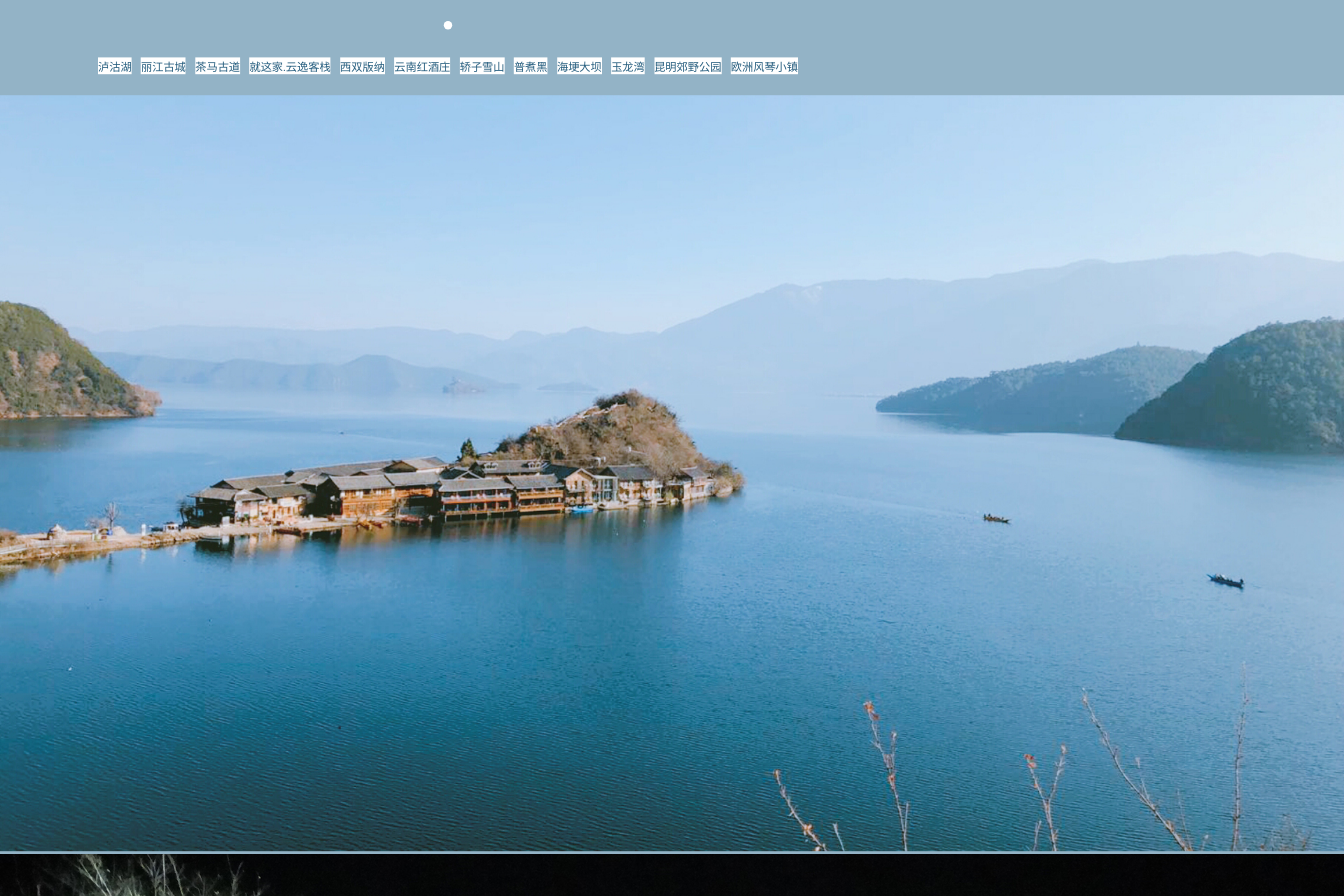
Repository: zhenzhen-gong/-jQuerydemo
Page: index.html
The author's editor kept a copy of each file at every save. The page is drawn from the files as they stood at one save, then again after the next save.
The browser window is 1280 px wide. The page is 1920 px wide, so the pictures cover 1920 px, including what lies to the right of the window. The pictures show the part of the page from y = 0 to 1280 px (the page is 13144 px tall before and 13148 px after), at 70% of full size.

Above is the page before, as saved 2020-06-05 11:25:48.

After the next save:
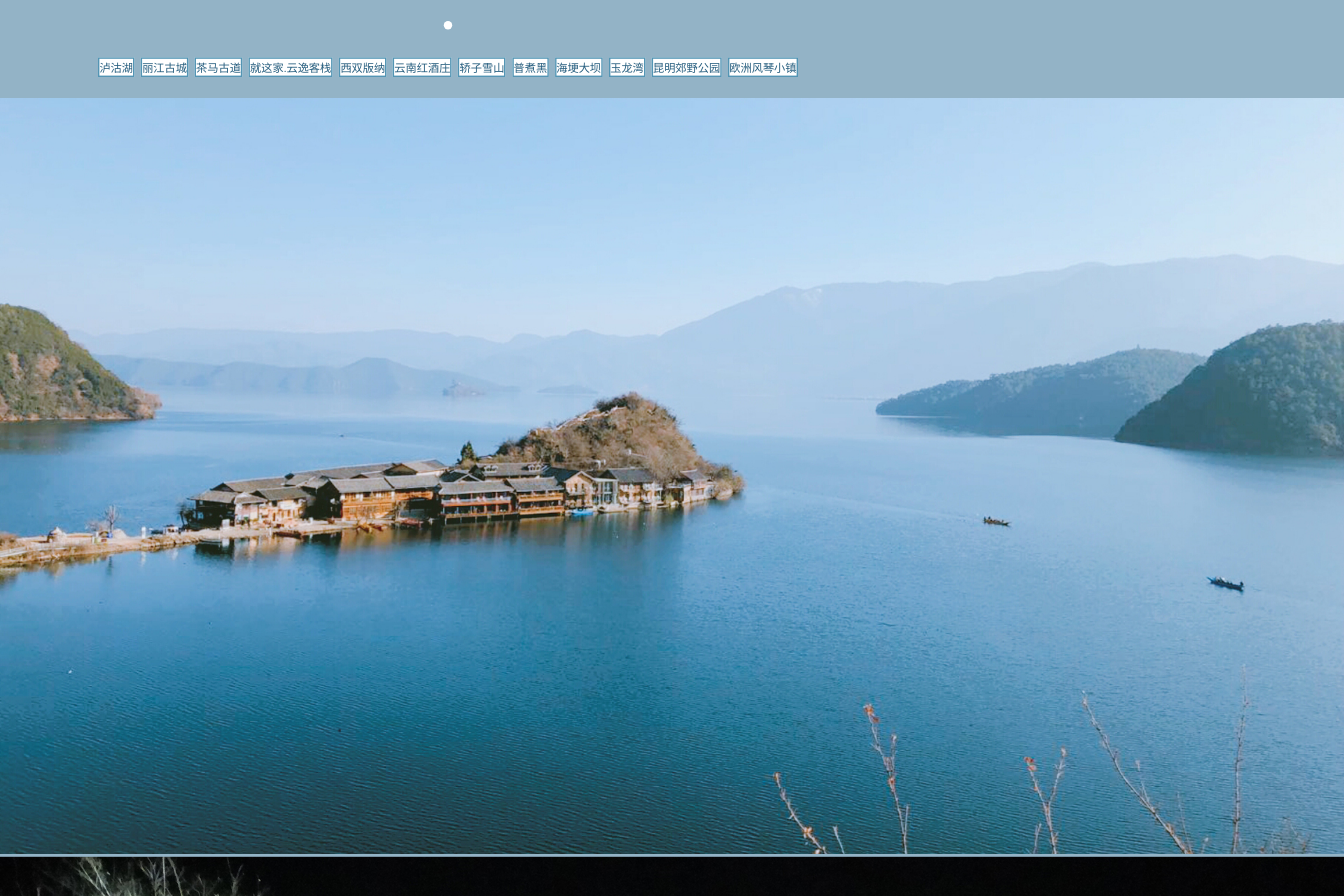
Saved 79 s later.
--- a/style.css
+++ b/style.css
@@ -21,5 +21,6 @@ nav{
 nav a{
     text-decoration: none;
     background-color: white;
-    color: #255d7e
+    color: #255d7e;
+    border: 2px solid #5395b4;
 }
